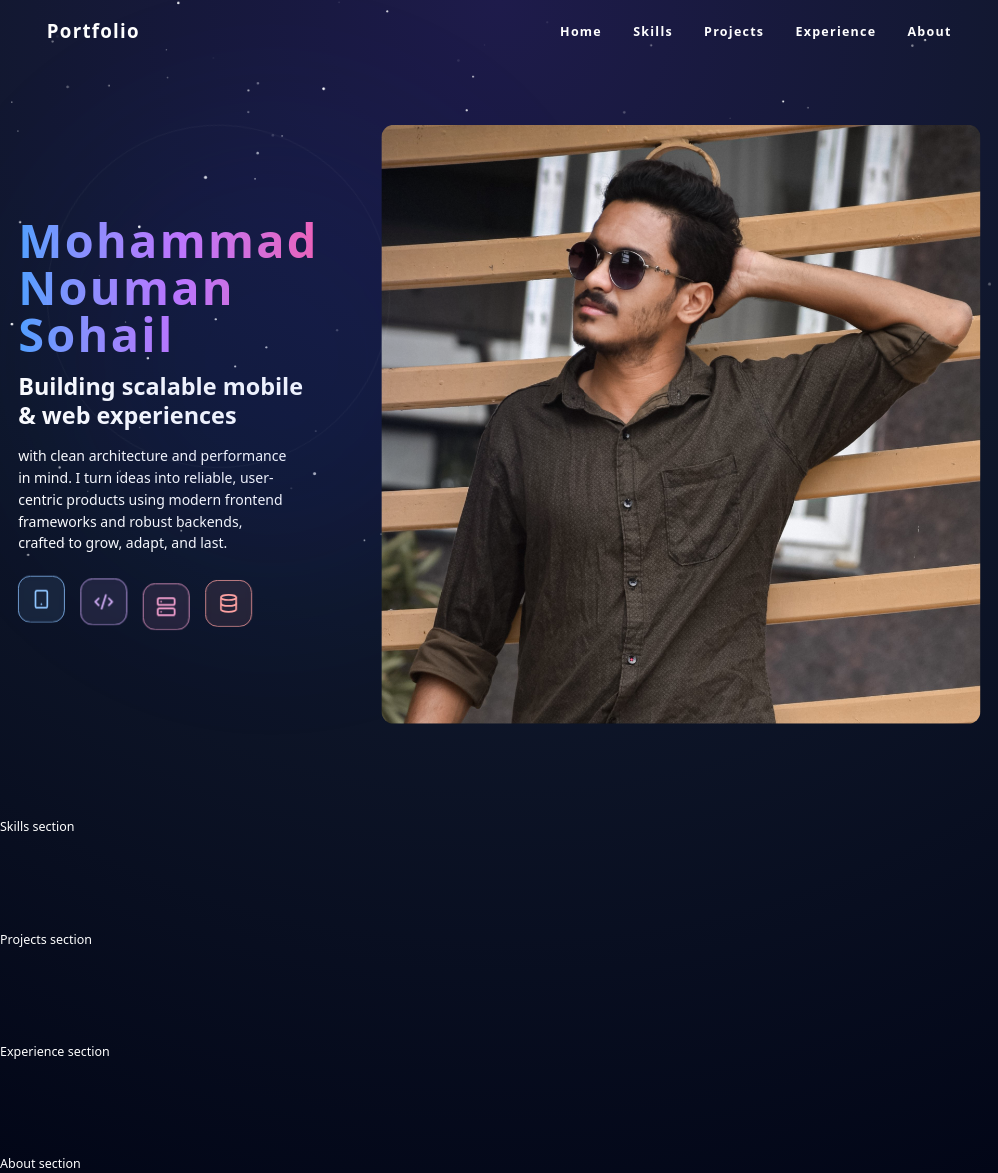
Repository: NoumanSohail/Nouman-Sohail-Portfolio
Page: /
An editor plug-in stored every save of this project. The page is shown before and after the next save, followed by the edit.
The browser window is 1280 px wide. The pictures show the whole page, at 78% of full size.
The project was rebuilt for these pictures with package versions that can differ from the ones it lists, and the page was loaded fresh each time. The framework's server and built-in components were replaced by stand-ins that run in the browser. Also part of the build but not shown: next.config.ts.

Above is the page before, as saved 2026-01-24 20:10:20.

### app/layout.tsx
import type { Metadata } from "next";
import { Geist, Geist_Mono } from "next/font/google";
import "./globals.css";
import Navbar from "./components/header/Navbar";
import StarBackground from "./components/ui/StarBackground";

const geistSans = Geist({
  variable: "--font-geist-sans",
  subsets: ["latin"],
});

const geistMono = Geist_Mono({
  variable: "--font-geist-mono",
  subsets: ["latin"],
});

export const metadata: Metadata = {
  title: "Create Next App",
  description: "Generated by create next app",
};

export default function RootLayout({
  children,
}: Readonly<{
  children: React.ReactNode;
}>) {
  return (
    <html lang="en">
      <body
        className={`${geistSans.variable} ${geistMono.variable} antialiased`}
      >
        <StarBackground />
        <Navbar />
        {children}
      </body>
    </html>
  );
}

### app/page.tsx
import React from 'react'
import Hero from './components/sections/Hero'
import Skills from './components/sections/Skills'
import Projects from './components/sections/Projects'
import Experience from './components/sections/Experience'
import About from './components/sections/About'

const page = () => {
  return (
    <div>
      <Hero />
      <Skills />
      <Projects />
      <Experience />
      <About />
    </div>
  )
}

export default page

### app/globals.css
@import "tailwindcss";

html {
  scroll-behavior: smooth;
}

body {
  overflow-x: hidden;
  position: relative;
  background: radial-gradient(circle at 50% 0%, #1e1b4b, #0f172a, #020617);
  min-height: 100vh;
}

### app/components/header/Navbar.tsx
"use client";

import { useEffect, useState } from "react";
import { navLinks } from "@/app/data";
import Link from "next/link";
import { Menu, X } from "lucide-react";

const Navbar = () => {
  const [isScrolled, setIsScrolled] = useState(false);
  const [menuOpen, setMenuOpen] = useState(false);

  useEffect(() => {
    const handleScroll = () => setIsScrolled(window.scrollY > 20);
    window.addEventListener("scroll", handleScroll);
    return () => window.removeEventListener("scroll", handleScroll);
  }, []);

  return (
    <header
      className={`fixed top-0 left-0 right-0 z-50 transition-all ${
        isScrolled
          ? "bg-transparent backdrop-blur-md border-b border-white/20 shadow-lg py-3"
          : "bg-transparent py-6"
      }`}
    >
      <div className="w-full mx-auto max-w-384 flex items-center justify-between px-5 md:px-10 lg:px-15 text-white tracking-widest">
        <h1 className="font-bold text-2xl">Portfolio</h1>

        {/* large displays like laptops */}
        <nav className="hidden lg:flex">
          {navLinks.map((links) => (
            <div key={links.name} className="flex ml-10 font-semibold">
              <Link href={links.id}>{links.name}</Link>
            </div>
          ))}
        </nav>

        {/* Mobile Hamburger */}
        <div className="lg:hidden flex items-center justify-center">
          <button
            onClick={() => setMenuOpen(!menuOpen)}
            className="text-zinc-400"
          >
            <Menu size={30} />
          </button>
        </div>

        {menuOpen && (
          <div className="fixed inset-0 h-screen flex justify-end bg-black/40 backdrop-blur-sm">
            <div className="relative h-full w-[60%] bg-[#0f172a] text-white flex items-center transition-transform duration-300 translate-x-0">
              <button
                onClick={() => setMenuOpen(false)}
                className={`absolute top right-5 md:right-10 text-white ${isScrolled ? "top-3" : "top-6"}`}
              >
                <X size={30} />
              </button>

              <nav className="flex flex-col p-10 gap-10 mt-20">
                {navLinks.map((links) => (
                  <Link
                    key={links.name}
                    href={links.id}
                    onClick={() => setMenuOpen(false)}
                    className="font-semibold"
                  >
                    {links.name}
                  </Link>
                ))}
              </nav>
            </div>
          </div>
        )}
      </div>
    </header>
  );
};

export default Navbar;

### app/components/ui/StarBackground.tsx
"use client";

import { useEffect, useRef } from "react";

const StarBackground = () => {
  const canvasRef = useRef<HTMLCanvasElement | null>(null);

  useEffect(() => {
    const canvas = canvasRef.current;
    if (!canvas) return;

    const ctx = canvas.getContext("2d");
    if (!ctx) return;

    let stars: any[] = [];
    const STAR_COUNT = 120;

    const resize = () => {
      canvas.width = window.innerWidth;
      canvas.height = window.innerHeight;
    };

    resize();
    window.addEventListener("resize", resize);

    // Create stars
    stars = Array.from({ length: STAR_COUNT }).map(() => ({
      x: Math.random() * canvas.width,
      y: Math.random() * canvas.height,
      radius: Math.random() * 1.5 + 0.5,
      speed: Math.random() * 0.3 + 0.1,
      opacity: Math.random(),
    }));

    const animate = () => {
      ctx.clearRect(0, 0, canvas.width, canvas.height);

      stars.forEach((star) => {
        star.y += star.speed;
        if (star.y > canvas.height) {
          star.y = 0;
          star.x = Math.random() * canvas.width;
        }

        ctx.beginPath();
        ctx.arc(star.x, star.y, star.radius, 0, Math.PI * 2);
        ctx.fillStyle = `rgba(255,255,255,${star.opacity})`;
        ctx.fill();
      });

      requestAnimationFrame(animate);
    };

    animate();

    return () => window.removeEventListener("resize", resize);
  }, []);

  return (
    <canvas
      ref={canvasRef}
      className="fixed inset-0 pointer-events-none -z-10"
    />
  );
};

export default StarBackground;

### app/components/sections/Hero.tsx
import { personaldetails } from "@/app/data";
import Image from "next/image";
import me from "@/public/images/me.jpg";
import { Code2, Database, Server, Smartphone } from "lucide-react";

const Hero = () => {
  return (
    <section
      id="home"
      className="scroll-mt-40 w-full mx-auto max-w-384 px-5 md:px-10 lg:px-15 text-white mt-30 md:mt-40 overflow-hidden"
    >
      {/* Central Glowing Orb */}
      <div
        className="absolute
          w-[70vw] h-[70vw] sm:w-[45%] sm:h-[45%] bg-blue-700/50 rounded-full
          blur-[120px] opacity-10 animate-pulse [animation-delay:2000ms] z-0
        "
      />

      {/* Orbiting Elements */}
      <div
        className="absolute
          w-50 h-50 md:w-110 md:h-110 border border-white/5 rounded-full
          animate-spin [animation-duration:20s] z-10
        "
      />

      <div className="flex flex-col lg:flex-row items-center justify-center gap-7 lg:gap-20 text-center lg:text-start">
        <div className="flex flex-col gap-5">
          <h1 className="font-black text-4xl lg:text-6xl tracking-wider text-balance text-transparent bg-clip-text bg-linear-to-r from-blue-400 via-purple-400 to-pink-400">
            {personaldetails.name}
          </h1>
          <h2 className="font-semibold text-2xl lg:text-3xl">
            {personaldetails.tagline}
          </h2>
          <p className="lg:text-lg lg:text-balance">
            {personaldetails.statement}
          </p>

          <div className="flex gap-5 mt-5 items-center justify-center lg:items-start lg:justify-start">
            <Smartphone
              size={60}
              className="p-4 border rounded-2xl backdrop-blur-xs bg-blue-300/10 hover:scale-110
                        border-blue-300  hover:border-blue-300 text-blue-300 hover:text-blue-300
                        transition-all duration-300 animate-bounce [animation-delay:0ms]"
            />
            <Code2
              size={60}
              className="p-4 border rounded-2xl backdrop-blur-xs bg-purple-300/10 hover:scale-110
                        border-purple-300 hover:border-purple-300 text-purple-300 hover:text-purple-300
                        transition-all duration-300 animate-bounce [animation-delay:100ms]"
            />
            <Server
              size={60}
              className="p-4 border rounded-2xl backdrop-blur-xs bg-pink-300/10 hover:scale-110
                        border-pink-300 hover:border-pink-300 text-pink-300 hover:text-pink-300
                        transition-all duration-300 animate-bounce [animation-delay:200ms]"
            />
            <Database
              size={60}
              className="p-4 border rounded-2xl backdrop-blur-xs bg-red-300/10 hover:scale-110
                        border-red-300 hover:border-red-300 text-red-300 hover:text-red-300
                        transition-all duration-300 animate-bounce [animation-delay:300ms]"
            />
          </div>
        </div>

        <Image
          src={me}
          alt={personaldetails.name}
          height={350}
          width={350}
          className="rounded-2xl lg:h-3xl lg:w-3xl"
        />
      </div>
    </section>
  );
};

export default Hero;

### app/components/sections/Skills.tsx

const Skills = () => {
  return (
    <section id="skills" className="h-fit">
      <div className="text-white pt-30">Skills section</div>
    </section>
  );
};

export default Skills;

### app/components/sections/Projects.tsx

const Projects = () => {
  return (
    <section id="projects" className="h-fit">
      <div className="text-white pt-30">Projects section</div>
    </section>
  )
}

export default Projects

### app/components/sections/Experience.tsx

const Experience = () => {
  return (
    <section id="experience" className="h-fit">
      <div className="text-white pt-30">Experience section</div>
    </section>
  );
};

export default Experience;

### app/components/sections/About.tsx

const About = () => {
  return (
    <section id="about" className="h-fit">
      <div className="text-white pt-30">About section</div>
    </section>
  )
}

export default About

### app/data.tsx
export const navLinks = [
  { name: "Home", id: "/#home" },
  { name: "Skills", id: "/#skills" },
  { name: "Projects", id: "/#projects" },
  { name: "Experience", id: "/#experience" },
  { name: "About", id: "/#about" },
];

export const personaldetails = {
  name: "Mohammad Nouman Sohail",
  role: "Full Stack Mobile & Web Developer",
  tagline: "Building scalable mobile & web experiences",
  statement:
    "with clean architecture and performance in mind. I turn ideas into reliable, user-centric products using modern frontend frameworks and robust backends, crafted to grow, adapt, and last.",
};

After the next save:
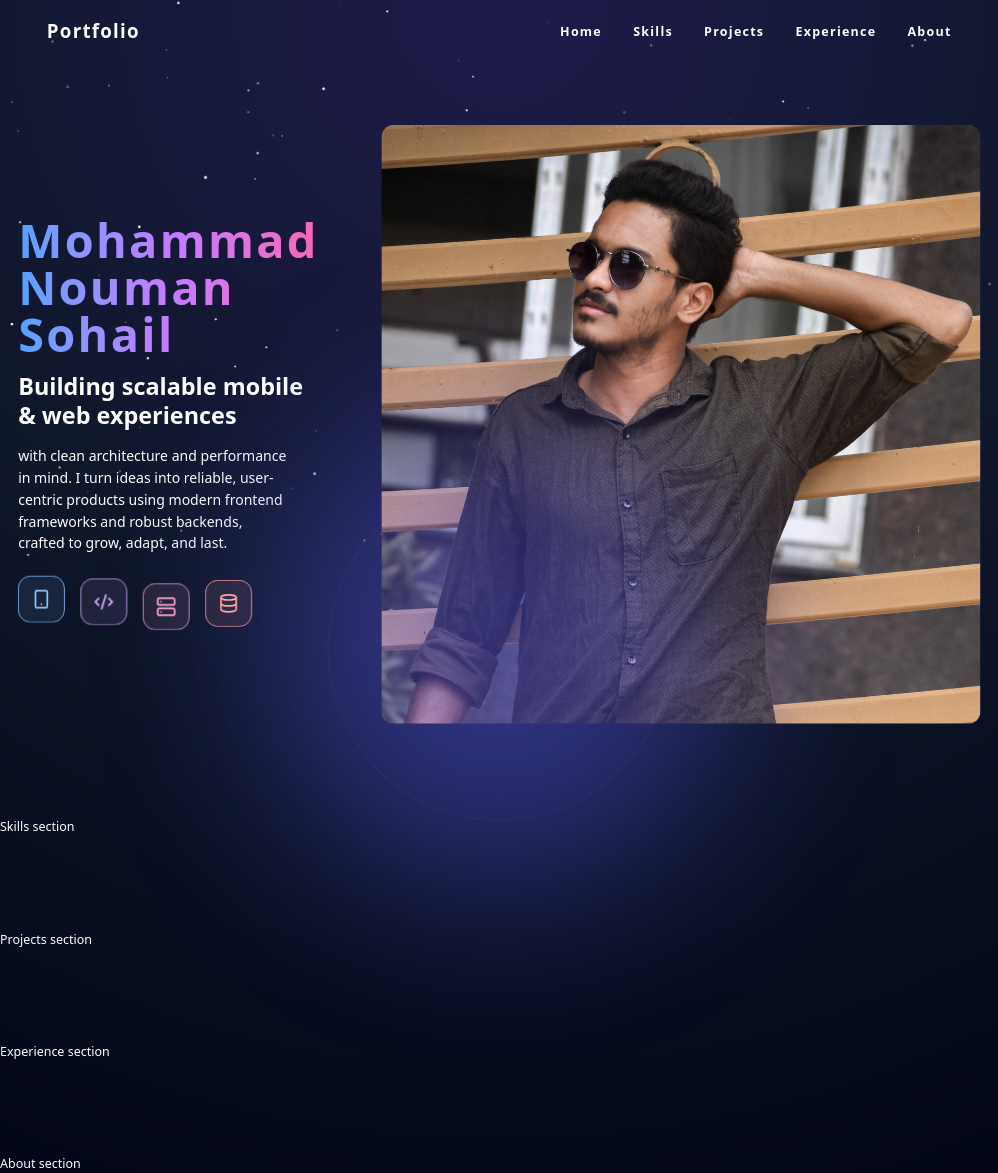
Saved 50 s later.
--- a/app/components/sections/Hero.tsx
+++ b/app/components/sections/Hero.tsx
@@ -5,23 +5,34 @@
 
 const Hero = () => {
   return (
-    <section
-      id="home"
-      className="scroll-mt-40 w-full mx-auto max-w-384 px-5 md:px-10 lg:px-15 text-white mt-30 md:mt-40 overflow-hidden"
-    >
+    <section id="home" className="scroll-mt-40 w-full mx-auto max-w-384 px-5 md:px-10 lg:px-15 text-white mt-30 md:mt-40 overflow-hidden">
       {/* Central Glowing Orb */}
       <div
-        className="absolute
-          w-[70vw] h-[70vw] sm:w-[45%] sm:h-[45%] bg-blue-700/50 rounded-full
-          blur-[120px] opacity-10 animate-pulse [animation-delay:2000ms] z-0
+        className="
+          absolute
+          left-1/2 top-1/2
+          -translate-x-1/2 -translate-y-1/2
+          w-[70vw] h-[70vw]
+          sm:w-[45%] sm:h-[45%]
+          bg-indigo-500 rounded-full
+          blur-[120px] opacity-40
+          animate-pulse
+          [animation-delay:2000ms]
+          z-0
         "
       />
 
       {/* Orbiting Elements */}
       <div
-        className="absolute
-          w-50 h-50 md:w-110 md:h-110 border border-white/5 rounded-full
-          animate-spin [animation-duration:20s] z-10
+        className="
+          absolute
+          left-1/2 top-1/2
+          -translate-x-1/2 -translate-y-1/2
+          w-50 h-50 md:w-110 md:h-110
+          border border-white/5 rounded-full
+          animate-spin
+          [animation-duration:20s]
+          z-10
         "
       />
 

After the save that followed:
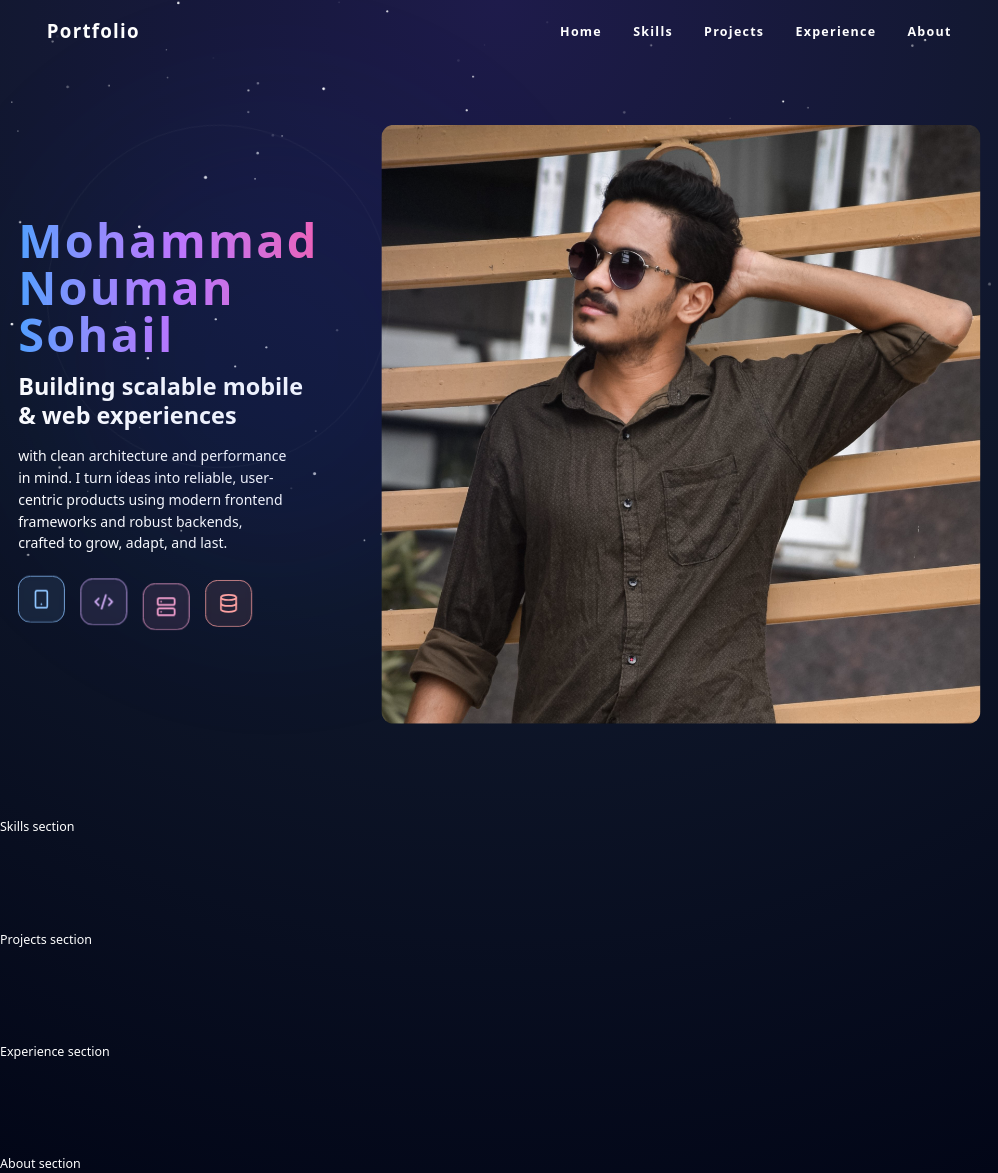
Saved 24 s later.
--- a/app/components/sections/Hero.tsx
+++ b/app/components/sections/Hero.tsx
@@ -5,34 +5,23 @@
 
 const Hero = () => {
   return (
-    <section id="home" className="scroll-mt-40 w-full mx-auto max-w-384 px-5 md:px-10 lg:px-15 text-white mt-30 md:mt-40 overflow-hidden">
+    <section
+      id="home"
+      className="scroll-mt-40 w-full mx-auto max-w-384 px-5 md:px-10 lg:px-15 text-white mt-30 md:mt-40 overflow-hidden"
+    >
       {/* Central Glowing Orb */}
       <div
-        className="
-          absolute
-          left-1/2 top-1/2
-          -translate-x-1/2 -translate-y-1/2
-          w-[70vw] h-[70vw]
-          sm:w-[45%] sm:h-[45%]
-          bg-indigo-500 rounded-full
-          blur-[120px] opacity-40
-          animate-pulse
-          [animation-delay:2000ms]
-          z-0
+        className="absolute
+          w-[70vw] h-[70vw] sm:w-[45%] sm:h-[45%] bg-blue-700/50 rounded-full
+          blur-[120px] opacity-10 animate-pulse [animation-delay:2000ms] z-0
         "
       />
 
       {/* Orbiting Elements */}
       <div
-        className="
-          absolute
-          left-1/2 top-1/2
-          -translate-x-1/2 -translate-y-1/2
-          w-50 h-50 md:w-110 md:h-110
-          border border-white/5 rounded-full
-          animate-spin
-          [animation-duration:20s]
-          z-10
+        className="absolute
+          w-50 h-50 md:w-110 md:h-110 border border-white/5 rounded-full
+          animate-spin [animation-duration:20s] z-10
         "
       />
 
